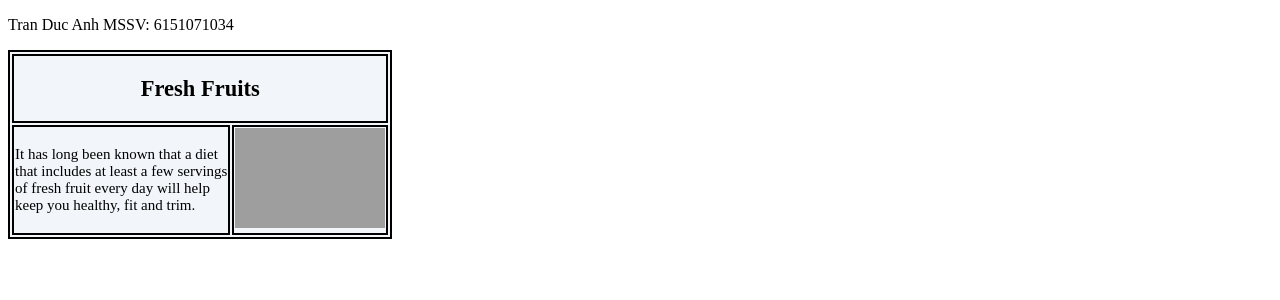
Repository: Helianthusss/Learn-CPP
Page: HTML/lap2/bai2.html
These files come from the project's save history. The page is drawn as it stood at one moment and after the next save; the edit follows.
The browser window is 1280 px wide. The pictures show the whole page.
Pictures or frames that could not be fetched are drawn as grey boxes.

Above is the page before, as saved 2021-09-22 10:34:28.

### HTML/lap2/bai2.html
<!DOCTYPE html>
<html lang="en">
  <head>
    <meta charset="UTF-8" />
    <meta http-equiv="X-UA-Compatible" content="IE=edge" />
    <meta name="viewport" content="width=device-width, initial-scale=1.0" />
    <title>FreshFruits</title>
    <style type="text/css">
      table {
        background-color: rgb(242, 246, 250);
        color: black;
        padding: 0px;
        font-family: "Times New Roman", Times, serif;
        font-size: 15px;
      }
    </style>
    <style>
      table,
      th,
      td {
        border: 2px solid black;
      }
    </style>
  </head>
  <body>
    <p>Tran Duc Anh MSSV: 6151071034</p>
    <table>
      <tr>
        <th colspan="2"><h2>Fresh Fruits</h2></th>
      </tr>
      <tr>
        <td>
          It has long been known that a diet<br />
          that includes at least a few servings<br />
          of fresh fruit every day will help<br />
          keep you healthy, fit and trim.<br />
        </td>
        <td>
          <img
            class="img"
            src="https://img.lovepik.com/element/40111/3411.png_860.png"
            alt="Fruits"
            width="150"
            height="100"
          />
        </td>
      </tr>
    </table>
  </body>
</html>

After the next save:
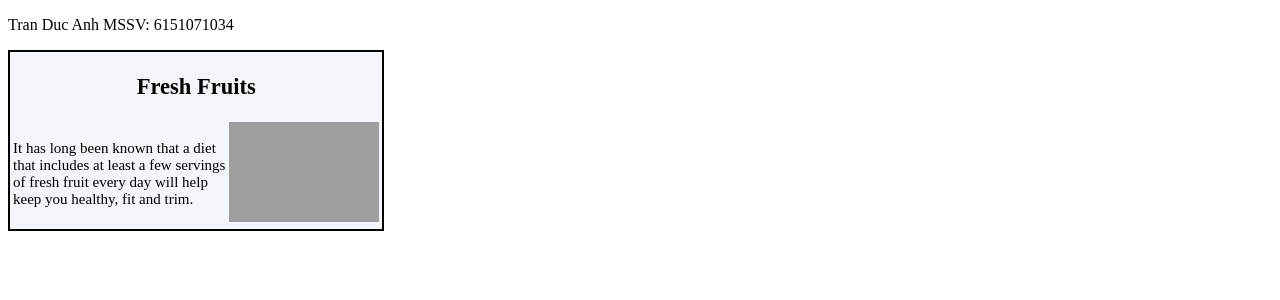
Saved 40 s later.
--- a/HTML/lap2/bai2.html
+++ b/HTML/lap2/bai2.html
@@ -15,9 +15,7 @@
       }
     </style>
     <style>
-      table,
-      th,
-      td {
+      table {
         border: 2px solid black;
       }
     </style>
